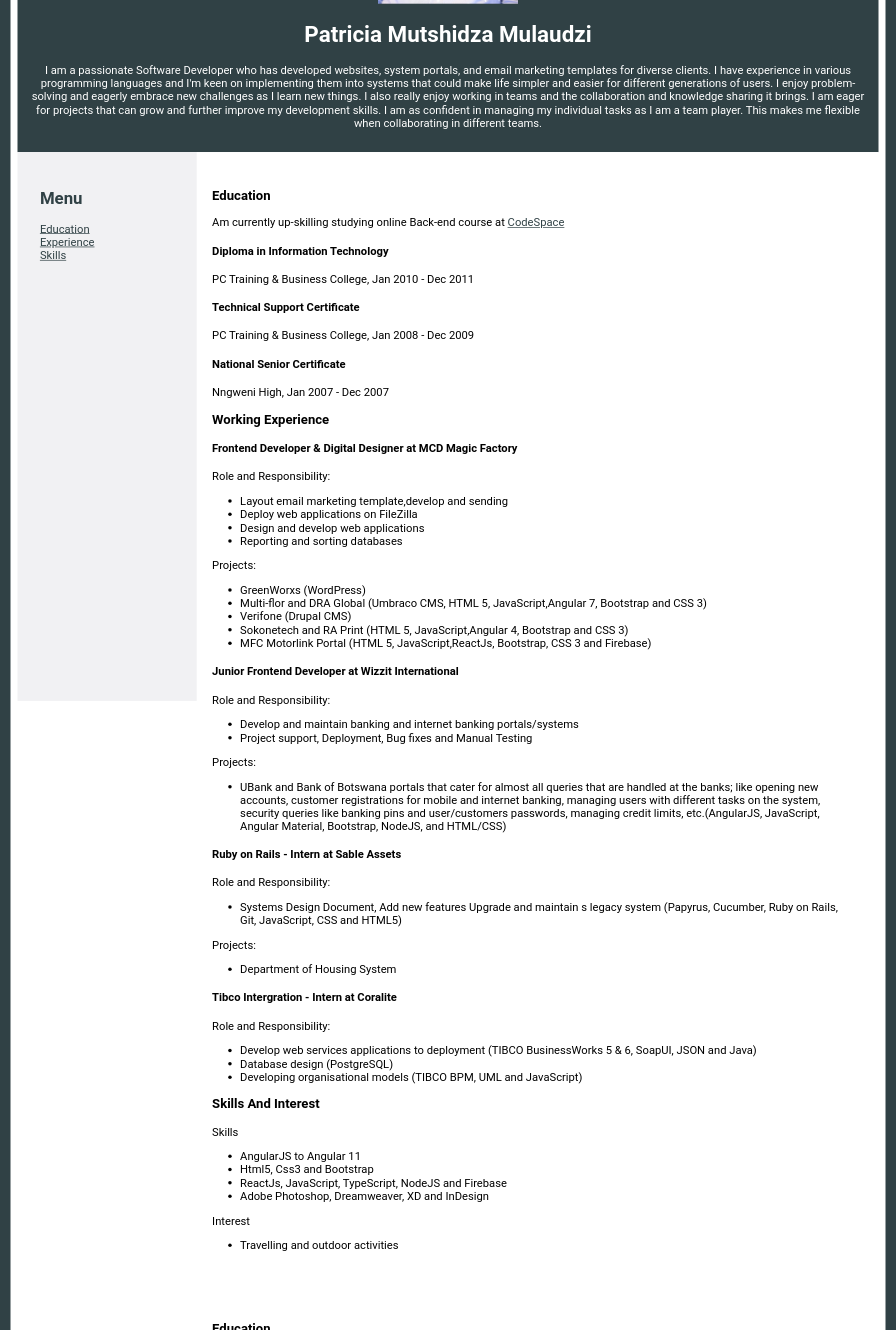
Repository: Patricious/Digital-Resume-01
Page: index.html
These files come from the project's save history. The page is drawn as it stood at one moment and after the next save; the edit follows.
The browser window is 1280 px wide. The pictures show the part of the page from y = 236 to 2136 px (the page is 4120 px tall before and 2501 px after), at 70% of full size.
A picture or video elsewhere on the page could not be fetched, so the positions and the page height are approximate.

Above is the page before, as saved 2021-08-23 11:04:19.

After the next save:
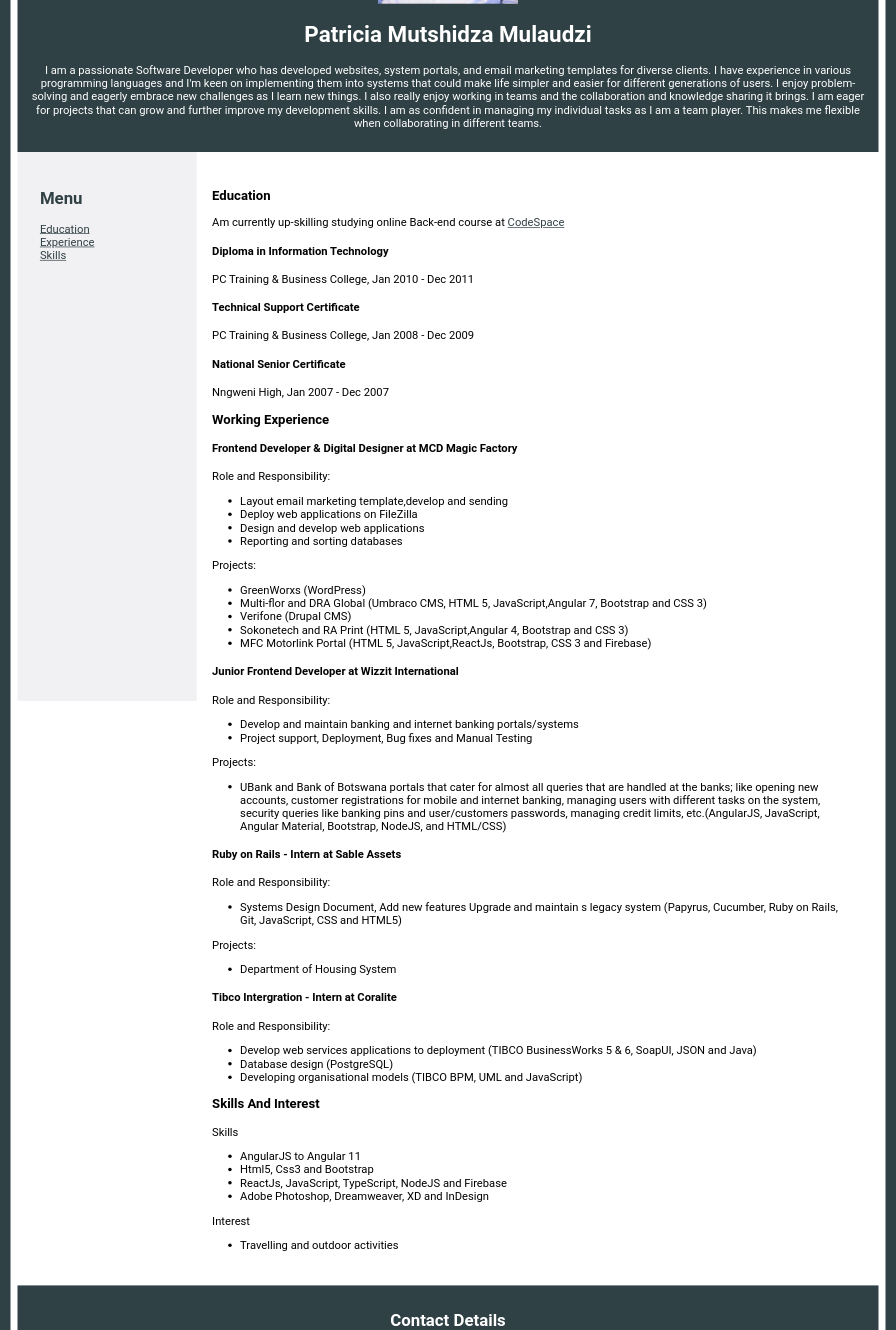
Saved 11 s later.
--- a/index.html
+++ b/index.html
@@ -122,98 +122,7 @@
             </ul>
         </article>
     </section>
-    <section>
-        <article>
-            <h3 id="#education"> <span>Education</span>
-            </h3>
-            <p> Am currently up-skilling studying online Back-end course at
-                <a href="https://www.codespace.co.za/courses/?matchtype=b&device=c&keyword=codespace&adgroupid=81088003381&utm_campaign=8148639553&utm_source=google&utm_medium=cpc&gclid=EAIaIQobChMIkP_7q8bG8gIV1uvtCh0w7A1-EAAYASAAEgL34vD_BwE"> CodeSpace</a>
-            </p>
 
-            <h4>Diploma in Information Technology </h4>
-
-            <p>PC Training & Business College, Jan 2010 - Dec 2011</p>
-            <h4>Technical Support Certificate </h4>
-
-
-            <p>PC Training & Business College, Jan 2008 - Dec 2009</p>
-
-            <h4>National Senior Certificate</h4>
-
-
-            <p>Nngweni High, Jan 2007 - Dec 2007</p>
-
-
-            <h3 id="#experience"> Working Experience</h3>
-            <h4>Frontend Developer & Digital Designer at MCD Magic Factory
-            </h4>
-            <p>Role and Responsibility:</p>
-            <ul>
-                <li>Layout email marketing template,develop and sending</li>
-                <li> Deploy web applications on FileZilla</li>
-                <li>Design and develop web applications</li>
-                <li>Reporting and sorting databases</li>
-            </ul>
-            <p>Projects:</p>
-            <ul>
-                <li>GreenWorxs (WordPress)</li>
-                <li>Multi-flor and DRA Global (Umbraco CMS, HTML 5, JavaScript,Angular 7, Bootstrap and CSS 3)</li>
-                <li>Verifone (Drupal CMS)</li>
-                <li>Sokonetech and RA Print (HTML 5, JavaScript,Angular 4, Bootstrap and CSS 3)</li>
-                <li>MFC Motorlink Portal (HTML 5, JavaScript,ReactJs, Bootstrap, CSS 3 and Firebase)</li>
-            </ul>
-
-            <h4>Junior Frontend Developer at Wizzit International
-            </h4>
-            <p>Role and Responsibility:</p>
-            <ul>
-                <li>Develop and maintain banking and internet banking portals/systems</li>
-                <li>Project support, Deployment, Bug fixes and Manual Testing</li>
-
-            </ul>
-            <p>Projects:</p>
-            <ul>
-                <li>UBank and Bank of Botswana portals that cater for almost all queries that are handled at the banks; like opening new accounts, customer registrations for mobile and internet banking, managing users with different tasks on the system, security
-                    queries like banking pins and user/customers passwords, managing credit limits, etc.(AngularJS, JavaScript, Angular Material, Bootstrap, NodeJS, and HTML/CSS)</li>
-            </ul>
-
-            <h4>Ruby on Rails - Intern at Sable Assets
-            </h4>
-            <p>Role and Responsibility:</p>
-            <ul>
-                <li>Systems Design Document, Add new features Upgrade and maintain s legacy system (Papyrus, Cucumber, Ruby on Rails, Git, JavaScript, CSS and HTML5)</li>
-
-            </ul>
-            <p>Projects:</p>
-            <ul>
-                <li>Department of Housing System</li>
-            </ul>
-
-            <h4>Tibco Intergration - Intern at Coralite
-            </h4>
-            <p>Role and Responsibility:</p>
-            <ul>
-                <li>Develop web services applications to deployment (TIBCO BusinessWorks 5 & 6, SoapUI, JSON and Java)
-                </li>
-                <li>Database design (PostgreSQL)</li>
-                <li>Developing organisational models (TIBCO BPM, UML and JavaScript)</li>
-            </ul>
-
-
-            <h3 id="#skills">Skills And Interest</h3>
-            <p>Skills</p>
-            <ul>
-                <li>AngularJS to Angular 11</li>
-                <li>Html5, Css3 and Bootstrap</li>
-                <li>ReactJs, JavaScript, TypeScript, NodeJS and Firebase</li>
-                <li>Adobe Photoshop, Dreamweaver, XD and InDesign</li>
-            </ul>
-            <p>Interest </p>
-            <ul>
-                <li>Travelling and outdoor activities</li>
-            </ul>
-        </article>
-    </section>
 
     <footer>
         <h2>Contact Details</h2>
